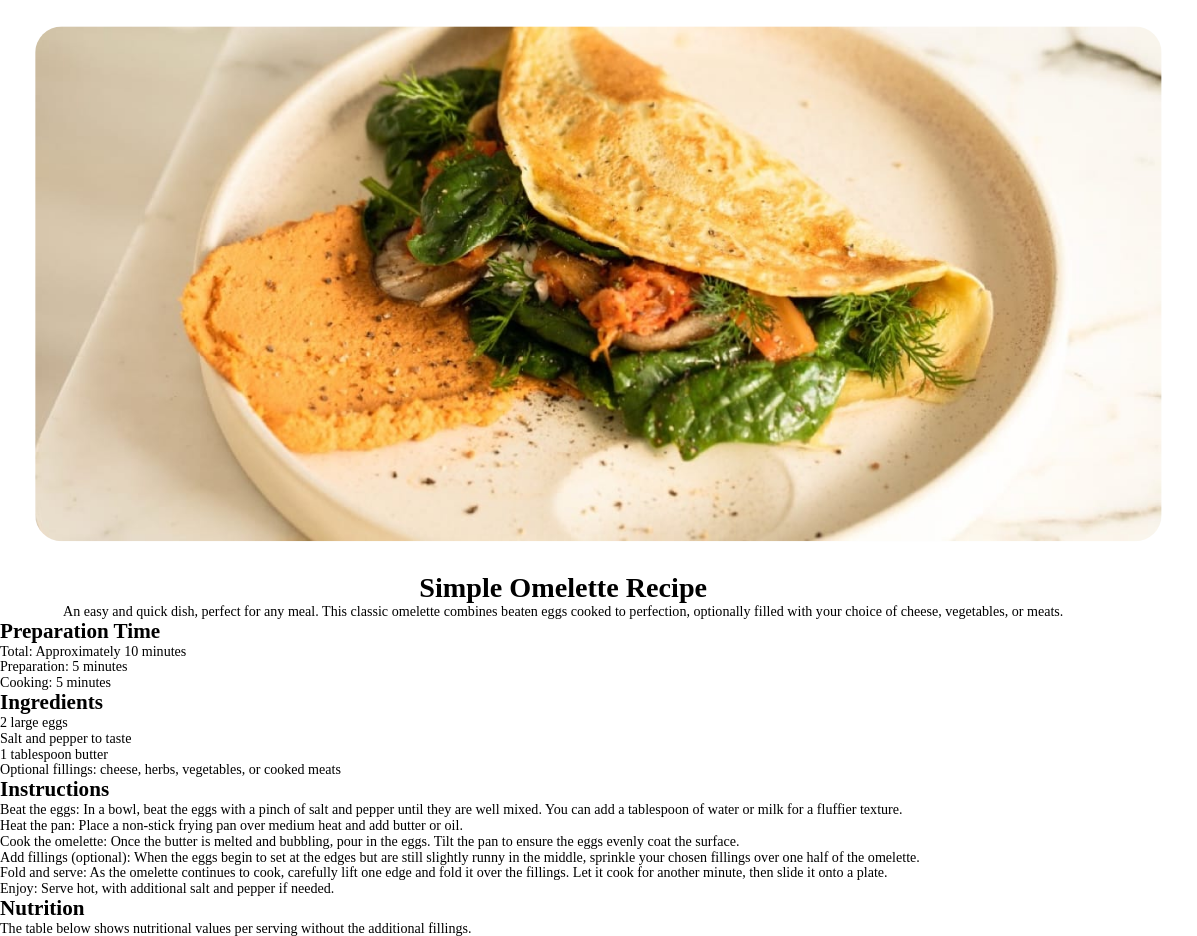
Repository: akbasliogulcan/omletterecipe
Page: index.html
These files come from the project's save history. The page is drawn as it stood at one moment and after the next save; the edit follows.
The browser window is 1280 px wide. The page is 1360 px wide, so the pictures cover 1360 px, including what lies to the right of the window. The pictures show the whole page, at 88% of full size.

Above is the page before, as saved 2025-07-20 17:38:04.

### index.html
<!DOCTYPE html>
<html lang="en">

<head>
  <meta charset="UTF-8">
  <meta name="viewport" content="width=device-width, initial-scale=1.0">
  <title>simple omelette recipe</title>
  <link rel="stylesheet" href="style.css">
</head>

<body>

  <div class="simple">
    <div class="add">
      <div class="omelette"> <img src="./assets/images/image-omelette.jpeg" alt="omlette-icon">
        <h1> Simple Omelette Recipe</h1>
        <p>An easy and quick dish, perfect for any meal. This classic omelette combines beaten eggs cooked
          to perfection, optionally filled with your choice of cheese, vegetables, or meats.
        </p>
      </div>

      <div class="preparation">
        <h2>Preparation Time</h2>
        <ul>
          <li> <span>Total: </span>Approximately 10 minutes
          </li>
          <li> <span>Preparation: </span>5 minutes</li>
          <li> <span>Cooking: </span>5 minutes</li>

        </ul>
      </div>

      <div class="ingredients">
        <h2>Ingredients</h2>
        <ul>
          <li>2 large eggs</li>
          <li>Salt and pepper to taste</li>
          <li>1 tablespoon butter</li>
          <li>Optional fillings: cheese, herbs, vegetables, or cooked meats</li>
        </ul>
      </div>
      <div class="seperation"></div>

      <div class="instructions">
        <h2>Instructions</h2>
        <ol>
          <li><span>Beat the eggs: </span>In a bowl, beat the eggs with a pinch of salt and pepper until they are well
            mixed.
            You can add a tablespoon of water or milk for a fluffier texture.</li>
          <li><span>Heat the pan: </span>Place a non-stick frying pan over medium heat and add butter or oil.
          </li>
          <li>
            <span>Cook the omelette: </span>Once the butter is melted and bubbling, pour in the eggs. Tilt the pan to
            ensure
            the eggs evenly coat the surface.
          </li>
          <li>
            <span></span>Add fillings (optional): </span>When the eggs begin to set at the edges but are still slightly
            runny in the
            middle, sprinkle your chosen fillings over one half of the omelette.
          </li>
          <li>
            <span> Fold and serve:</span>
            As the omelette continues to cook, carefully lift one edge and fold it over the
            fillings. Let it cook for another minute, then slide it onto a plate.
          </li>
          <li><span> Enjoy:</span> Serve hot, with additional salt and pepper if needed.
          </li>
        </ol>
      </div>
      <div class="seperation"></div>

      <div class="nutrition">
        <div>
          <h2>Nutrition</h2>
          <p> The table below shows nutritional values per serving without the additional fillings.
          </p>
        </div>
      </div>
    </div>
  </div>



</body>

</html>

### style.css
* {
  margin: 0;
  padding: 0;
  box-sizing: border-box;
}

.omelette img {
  max-width: 100%;
  height: auto;
  border-radius: 30px;
  margin: 30px 40px;
}
.omelette h1 {
  text-align: center;
}
.omelette p {
  text-align: center;
}

.simple {
  background-color: hsl(30, 54%, 90%);
}

.add {
  background-color: white;
  display: block;
}

After the next save:
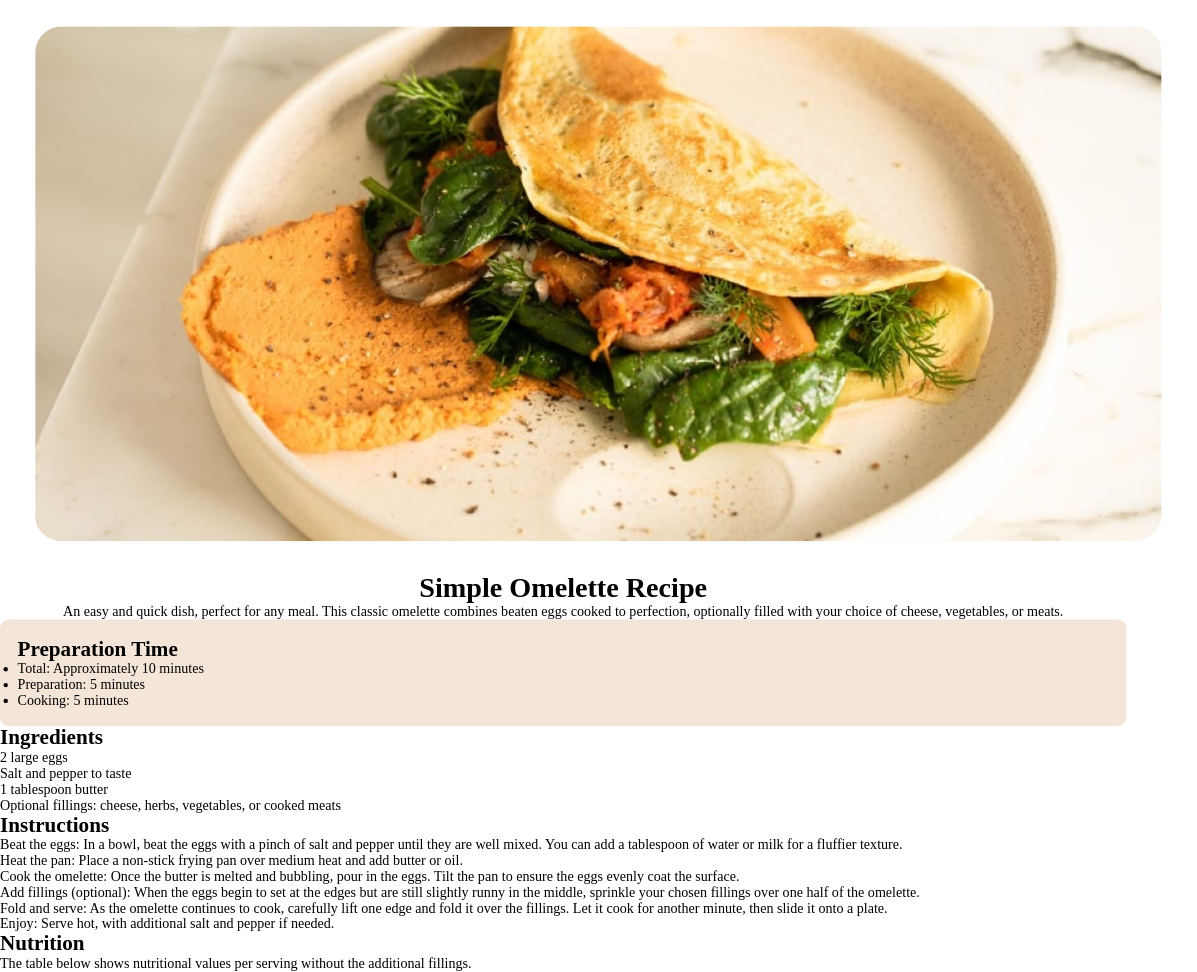
Saved 20 s later.
--- a/style.css
+++ b/style.css
@@ -17,6 +17,12 @@
   text-align: center;
 }
 
+.preparation {
+  background-color: hsl(30, 54%, 90%);
+  padding: 20px;
+  border-radius: 10px;
+}
+
 .simple {
   background-color: hsl(30, 54%, 90%);
 }
